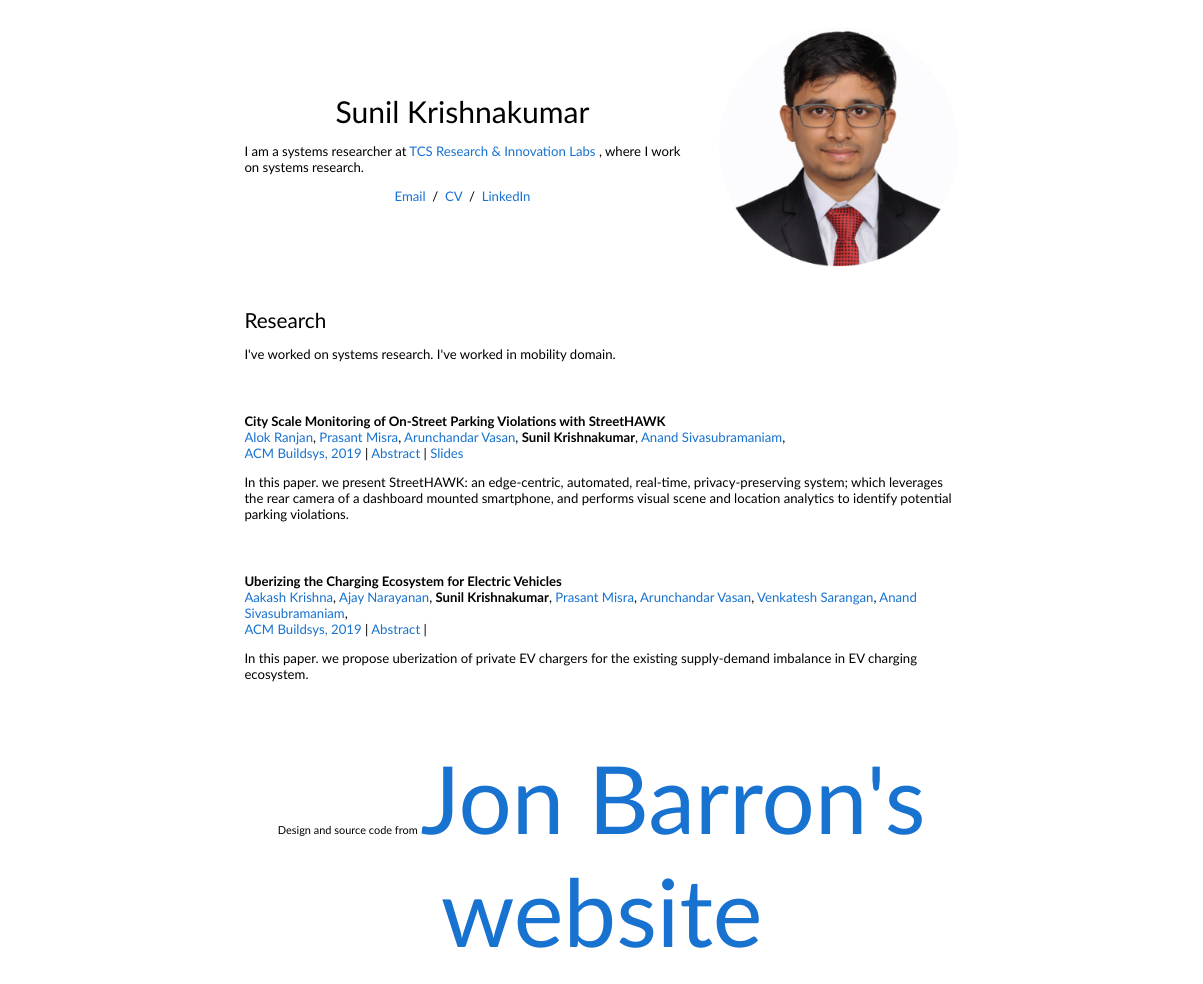
Repository: Sunil-KK/-
Page: index.html
These files come from the project's save history. The page is drawn as it stood at one moment and after the next save; the edit follows.
The browser window is 1280 px wide. The pictures show the whole page, at 94% of full size.

Above is the page before, as saved 2020-09-02 02:08:55.

After the next save:
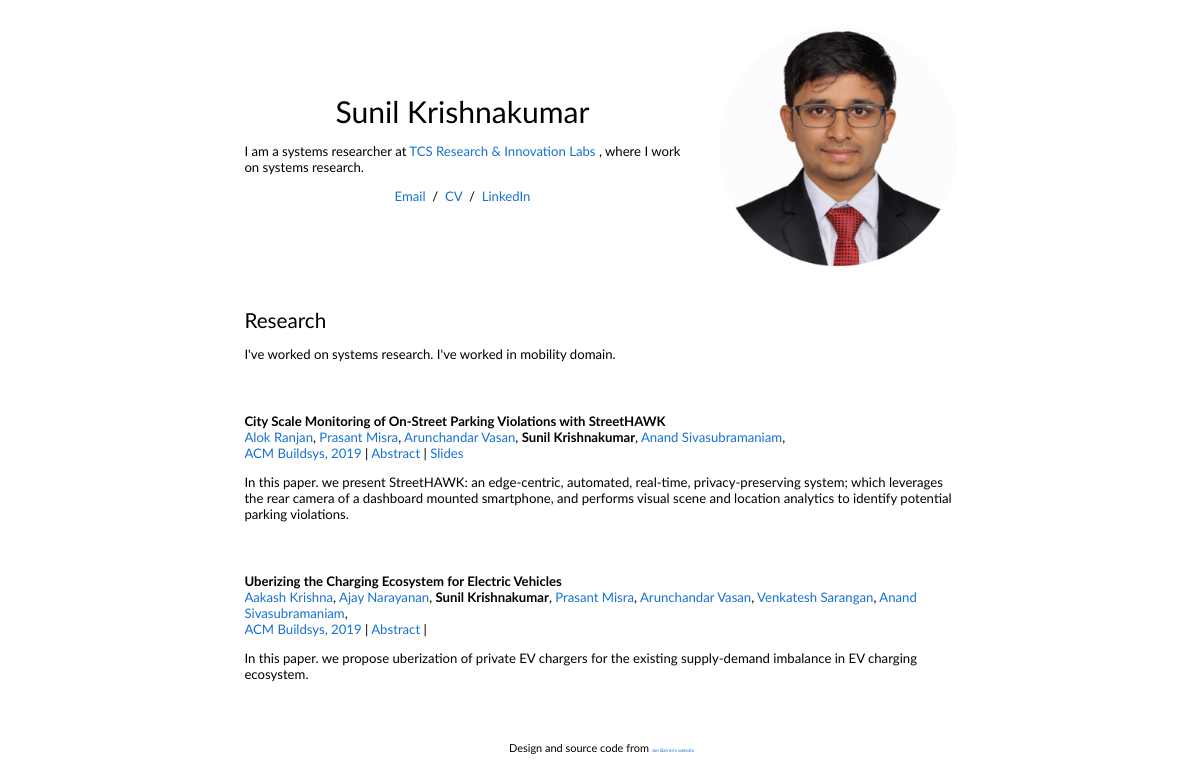
Saved 21 s later.
--- a/index.html
+++ b/index.html
@@ -115,7 +115,7 @@
             <td style="padding:0px">
               <br>
               <p style="text-align:center;font-size:smaller;">
-                Design and source code from <a href="https://github.com/jonbarron/jonbarron_website"style="font-size: 100px ">Jon Barron's website</a>
+                Design and source code from <a href="https://github.com/jonbarron/jonbarron_website"style="font-size: 5px ">Jon Barron's website</a>
                 <br>
               </p>
             </td>
